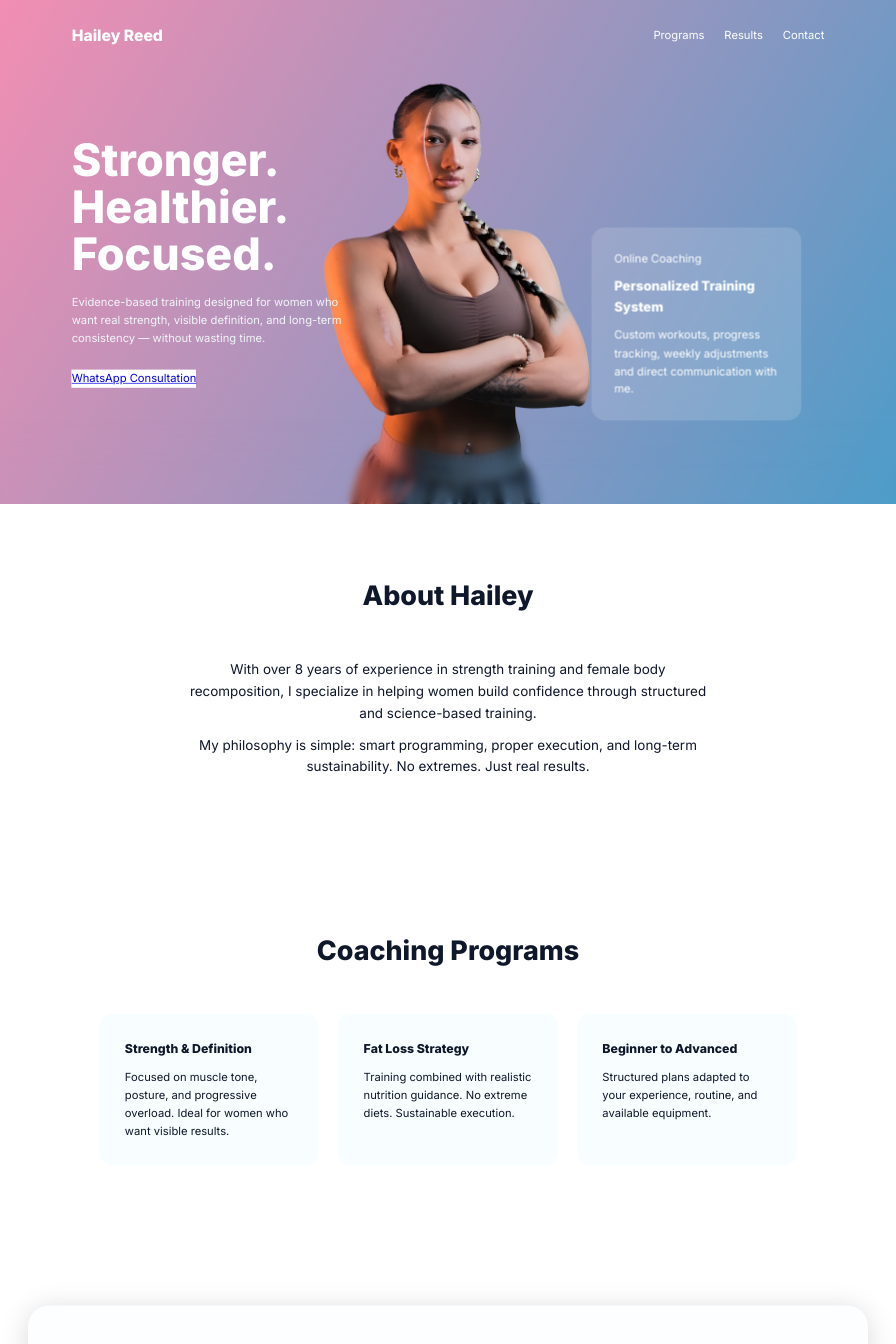
Repository: davidfsillva/Hailey-Reed-Coaching
Page: index.html
The author's editor kept a copy of each file at every save. The page is drawn from the files as they stood at one save, then again after the next save.
The browser window is 1280 px wide. The pictures show the part of the page from y = 0 to 1920 px (the page is 5221 px tall), at 70% of full size.

Above is the page before, as saved 2026-02-12 09:40:13.

After the next save:
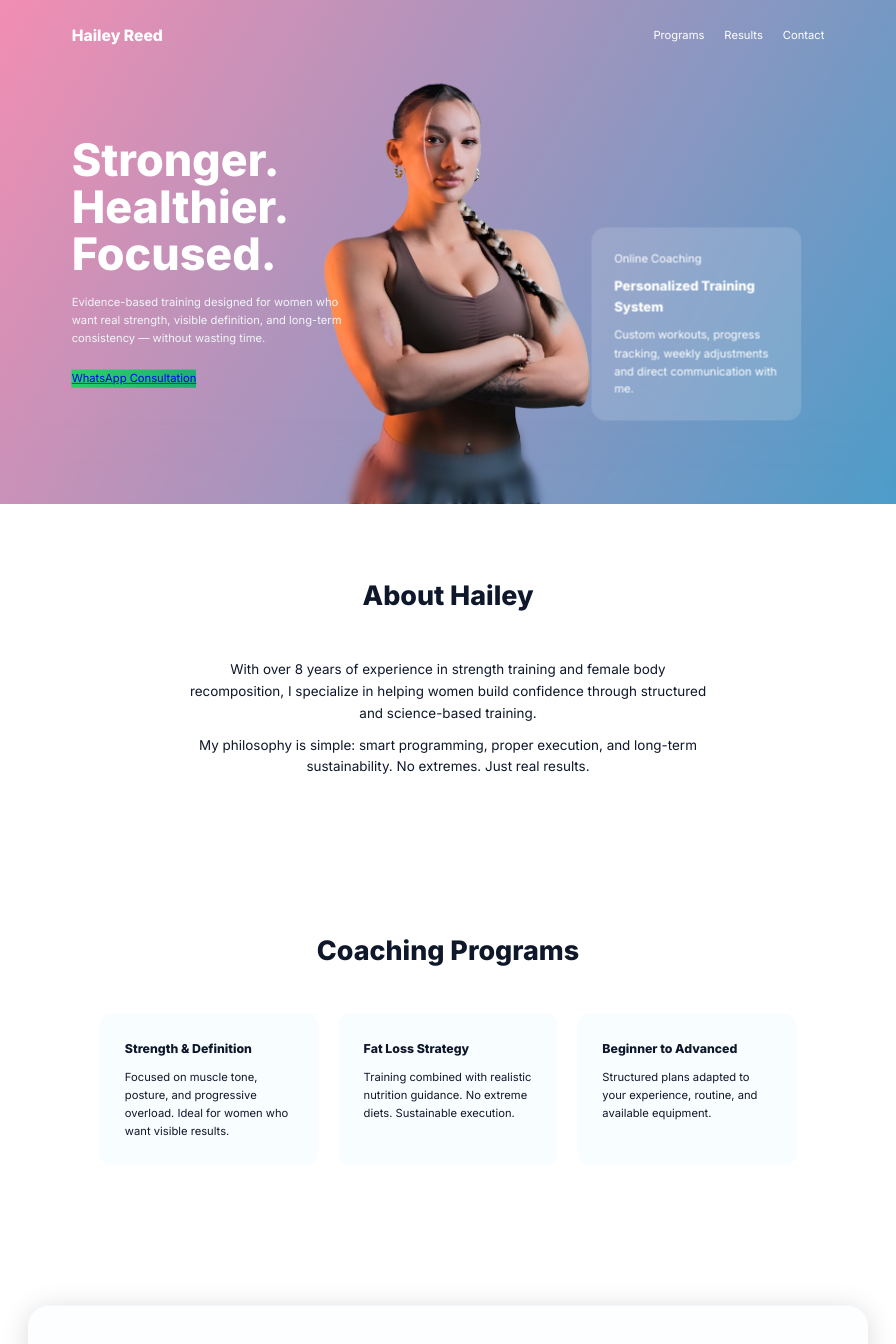
Saved 47 s later.
--- a/style.css
+++ b/style.css
@@ -113,13 +113,13 @@ body {
 }
 
 .whatsapp-btn {
-  background-color: #ffffff;
+  background: linear-gradient(120deg, #25D366, #128C7E);
+  background-size: 200% 200%;
+  transition: all 0.4s ease;
 }
 
 .whatsapp-btn:hover {
-  background: #1ebe5d;
-  transform: translateY(-4px);
-  box-shadow: 0 10px 25px rgba(37,211,102,0.3);
+  background-position: right center;
 }
 
 .btn.primary {
